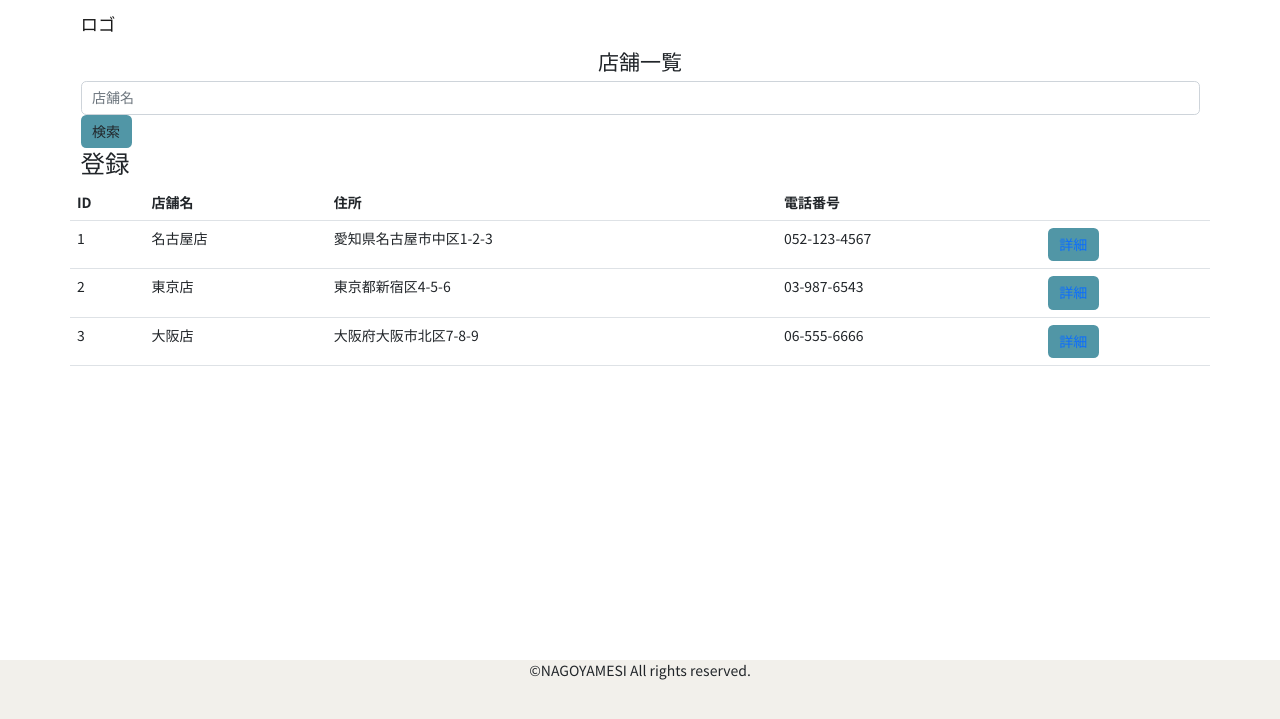
Repository: masa1228ew/taberogu
Page: http://localhost/admin/shop/index
The author's editor kept a copy of each file at every save. The page is drawn from the files as they stood at one save, then again after the next save.
The browser window is 1280 px wide. The pictures show the whole page.
The page is this project's Thymeleaf template; nobody is signed in. The template is opened directly, without the code that normally fills it, so the values that code supplies are empty.

Above is the page before, as saved 2024-11-17 14:10:22.

### taberogu/taberogu/src/main/resources/templates/admin/shop/index.html
<!DOCTYPE html>
<html xmlns:th="https://www.thymeleaf.org">
	<head>
		 <meta charset="UTF-8">
         <meta name="viewport" content="width=device-width, initial-scale=1">
         <link href="https://cdn.jsdelivr.net/npm/bootstrap@5.2.3/dist/css/bootstrap.min.css" rel="stylesheet" integrity="sha384-rbsA2VBKQhggwzxH7pPCaAqO46MgnOM80zW1RWuH61DGLwZJEdK2Kadq2F9CUG65" crossorigin="anonymous">
          <link rel="preconnect" href="https://fonts.googleapis.com">
         <link rel="preconnect" href="https://fonts.gstatic.com" crossorigin>
         <link href="https://fonts.googleapis.com/css2?family=Noto+Sans+JP:wght@400;500&display=swap" rel="stylesheet">

 <link th:href="@{/css/style.css}" rel="stylesheet" >
         <title>店舗一覧</title>
	</head>
	<body>
	 <div class="wapper">
		<nav class="navbar navbar-light">
			<div class="container">
				<a class="navbar-brand" th:href="@{/}">
					ロゴ
				</a>
			</div>
		</nav>

	<main>
	 <div class="container">
		<div class="row justify-content-center">
			<h1 class="text-center">店舗一覧</h1>
			<div class="justify-content-between">
				<form>
					<input type="text" class="form-control" name="keyword" placeholder="店舗名">
					<button type="submit" class="btn">検索</button>
				</form>
<!--				<a href="#" class="btn text-white">登録</a>-->
<h3>登録</h3>
			</div>
			<table class="table">
				<thead>
				 <tr>
					<th scope="col">ID</th>
					<th scope="col">店舗名</th>
					<th scope="col">住所</th>
					<th scope="col">電話番号</th>
					<th scope="col"></th>
				 </tr>
				</thead>
				<tbody>
<!--					<tr th:each="#">-->
<!--						<td th:text="#"></td>-->
<!--						<td th:text="#"></td>-->
<!--						<td th:text="#"></td>-->
<!--						<td th:text="#"></td>-->
<!--						<td><a href="#">詳細</a></td>-->
<!--					</tr>-->
 <tr>
                        <td>1</td>
                        <td>名古屋店</td>
                        <td>愛知県名古屋市中区1-2-3</td>
                        <td>052-123-4567</td>
                        <td><a href="#" class="btn btn-link">詳細</a></td>
                    </tr>
                    <tr>
                        <td>2</td>
                        <td>東京店</td>
                        <td>東京都新宿区4-5-6</td>
                        <td>03-987-6543</td>
                        <td><a href="#" class="btn btn-link">詳細</a></td>
                    </tr>
                    <tr>
                        <td>3</td>
                        <td>大阪店</td>
                        <td>大阪府大阪市北区7-8-9</td>
                        <td>06-555-6666</td>
                        <td><a href="#" class="btn btn-link">詳細</a></td>
                    </tr>
				</tbody>
			</table>
		</div>
		</div>
		</div>
	</main>
	<footer>
		<div class="justify-content-center">
			<p class="text-center">&copy;NAGOYAMESI  All rights reserved.</p>
		</div>
	</footer>
	</body>
</html>

### taberogu/taberogu/src/main/resources/static/css/style.css
html {
   font-size: 14px;
 }

 body {
   font-family: 'Noto Sans JP', sans-serif;
 }

 h1 {
   font-size: 1.5rem;
 }

 a {
   color: #5196a6;
   text-decoration: none !important;
 }

 a:hover {
     color: #407784;
 }

 footer {
   width: 100%;
   height: 60px;
   position: absolute;
   bottom: 0;
   background-color: #f2f0eb;
 }

 .wapper{
	 min-height: 100vh;
   position: relative;
   padding-bottom: 60px;
   box-sizing: border-box;
 }

 .naver{
	  min-height: 60px;
 }

 .btn:hover {
   opacity: 0.8;
 }

 .btn{
   background-color: #5196a6 !important;
   transition: 0.1s;
 }

After the next save:
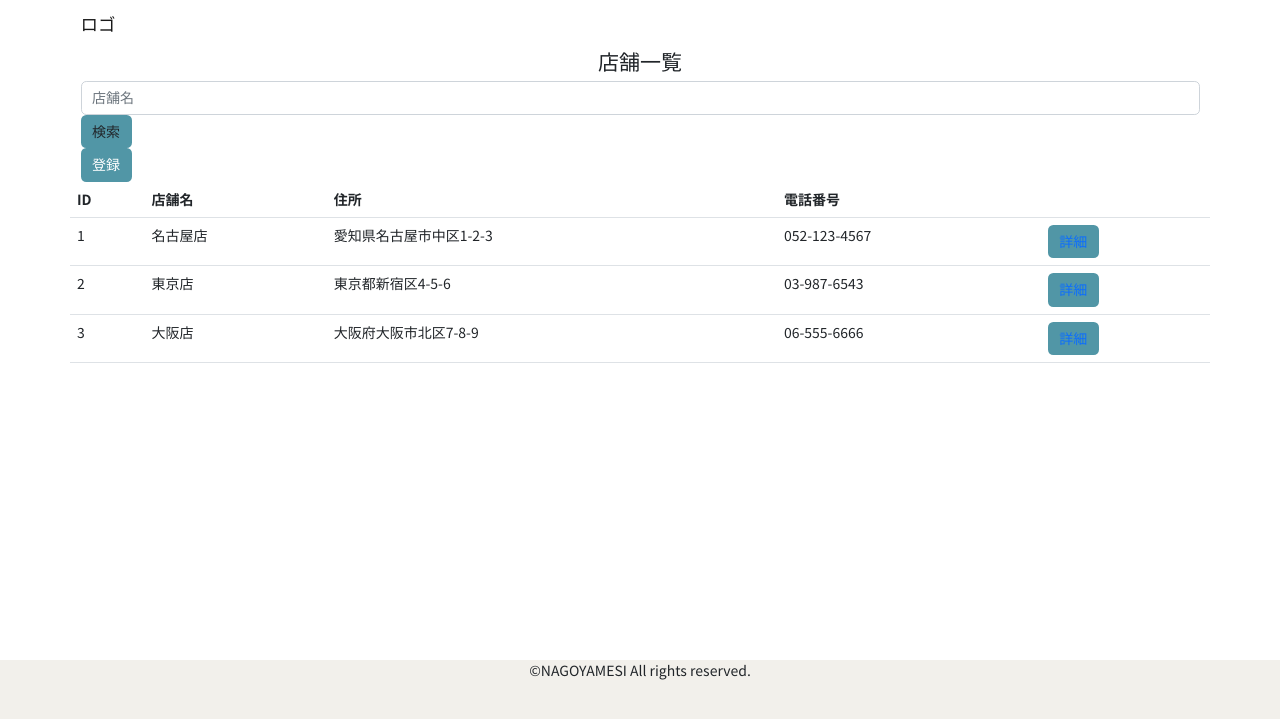
Saved 53 s later.
--- a/taberogu/taberogu/src/main/resources/templates/admin/shop/index.html
+++ b/taberogu/taberogu/src/main/resources/templates/admin/shop/index.html
@@ -30,8 +30,8 @@
 					<input type="text" class="form-control" name="keyword" placeholder="店舗名">
 					<button type="submit" class="btn">検索</button>
 				</form>
-<!--				<a href="#" class="btn text-white">登録</a>-->
-<h3>登録</h3>
+				<a href="#" class="btn text-white">登録</a>
+<!--<h3>登録</h3>-->
 			</div>
 			<table class="table">
 				<thead>
